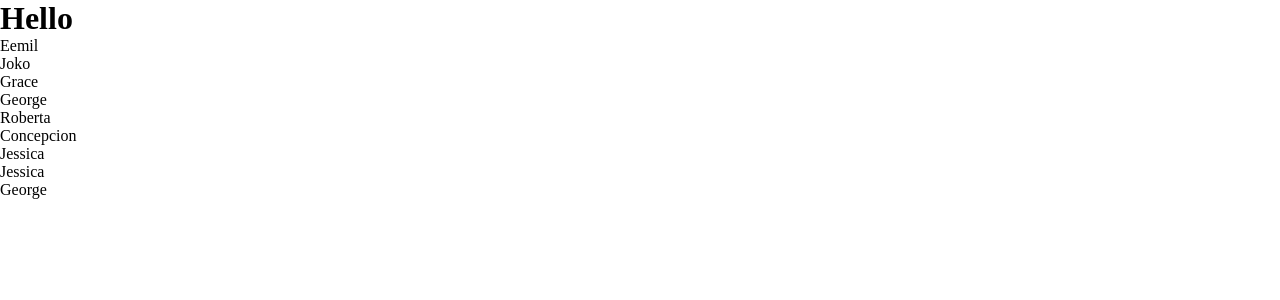
Repository: KrzysKolo/sr_tydzien5_zad4
Page: /
An editor plug-in stored every save of this project. The page is shown before and after a run of saves, followed by the edit.
The browser window is 1280 px wide. The pictures show the whole page.
The project was rebuilt for these pictures with package versions that can differ from the ones it lists, and the page was loaded fresh each time.

Above is the page before, as saved 2021-01-03 04:38:38.

### public/index.html
<!DOCTYPE html>
<html lang="en">
  <head>
    <meta charset="utf-8" />
    <link rel="icon" href="%PUBLIC_URL%/favicon.ico" />
    <meta name="viewport" content="width=device-width, initial-scale=1" />
    <meta name="theme-color" content="#000000" />
    <meta
      name="description"
      content="Web site created using create-react-app"
    />
    <link rel="apple-touch-icon" href="%PUBLIC_URL%/logo192.png" />
    <!--
      manifest.json provides metadata used when your web app is installed on a
      user's mobile device or desktop. See https://developers.google.com/web/fundamentals/web-app-manifest/
    -->
    <link rel="manifest" href="%PUBLIC_URL%/manifest.json" />
    <!--
      Notice the use of %PUBLIC_URL% in the tags above.
      It will be replaced with the URL of the `public` folder during the build.
      Only files inside the `public` folder can be referenced from the HTML.

      Unlike "/favicon.ico" or "favicon.ico", "%PUBLIC_URL%/favicon.ico" will
      work correctly both with client-side routing and a non-root public URL.
      Learn how to configure a non-root public URL by running `npm run build`.
    -->
    <title>User search</title>
  </head>
  <body>
    <noscript>You need to enable JavaScript to run this app.</noscript>
    <div id="root"></div>
    <!--
      This HTML file is a template.
      If you open it directly in the browser, you will see an empty page.

      You can add webfonts, meta tags, or analytics to this file.
      The build step will place the bundled scripts into the <body> tag.

      To begin the development, run `npm start` or `yarn start`.
      To create a production bundle, use `npm run build` or `yarn build`.
    -->
  </body>
</html>

### src/App.js
import React from 'react';
import UsersContainer from './components/UsersContainer';
import './App.css';


const App = () => {

  return (
    <>
      <h1>Hello</h1>
      <UsersContainer/>
    </>
  )
}

export default App;

### src/components/UsersContainer.js
import React, { useState, useEffect } from 'react';


const UsersContainer = () => {

  const UsersAPI = '/users.json';

  const [ users, setUsers ] = useState([]);

  useEffect(() => {

    fetch(UsersAPI)
      .then(res => res.json())
      .then(data => {
        console.log(data.users);
        setUsers(data.users);
      })
    }, []);

    return (
        <div>
					{users.map(user => (
						<div key={user.id}>{user.first}</div>
					))}
        </div>
    )
}

export default UsersContainer;

### public/users.json
{
    "users": [
      {
        "id": 1,
        "title": "Mr",
        "first": "Eemil",
        "last": "Wainio"
       },
      {
        "id": 2,
        "title": "Mr",
        "first": "Joko",
        "last": "Wolko"
      },
      {
        "id": 3,
        "title": "Miss",
        "first": "Grace",
        "last": "Davies"
      },
      {
        "id": 4,
        "title": "Mr ",
        "first": "George ",
        "last": "Perkins"
      },
      {
        "id": 5,
        "title": "Miss",
        "first": "Roberta ",
        "last": "Perkins"
      },
      {
        "id": 6,
        "title": "Mrs ",
        "first": "Concepcion ",
        "last": "Serrano"
      },
      {
        "id": 7,
        "title": "Mrs ",
        "first": "Jessica ",
        "last": "Mccoy"
      },
      {
        "id": 8,
        "title": "Miss",
        "first": "Jessica",
        "last": "Davies"
      },
      {
        "id": 9,
        "title": "Mr",
        "first": "George",
        "last": "Mccoy"
      }
    ]
  }

Loaded but not shown: src/index.js (common file); src/App.css (common file)

After the next 2 saves:
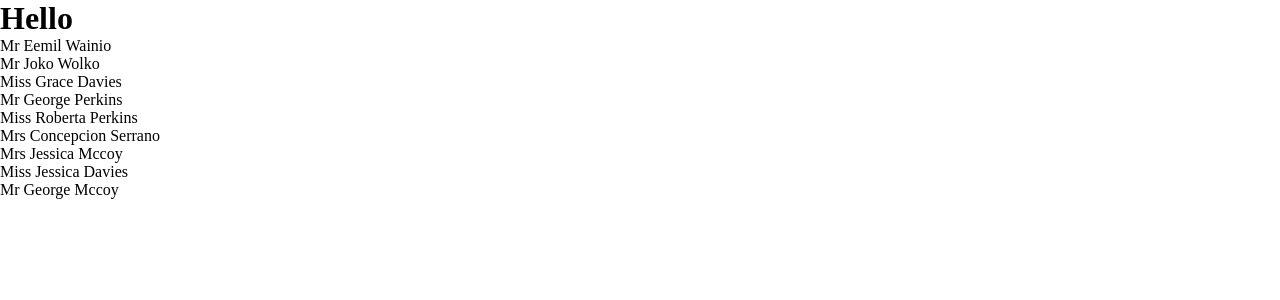
The 2 saves are shown as one change because 1 did not build or start.
The last was saved 12 min 37 s later.
--- a/src/components/UsersContainer.js
+++ b/src/components/UsersContainer.js
@@ -17,12 +17,13 @@ const UsersContainer = () => {
       })
     }, []);
 
+    const user = users.map(user => (
+      <li key={user.id}>{user.title} {user.first} {user.last}</li>
+    ))
     return (
-        <div>
-					{users.map(user => (
-						<div key={user.id}>{user.first}</div>
-					))}
-        </div>
+        <ul>
+					{user}
+        </ul>
     )
 }
 
